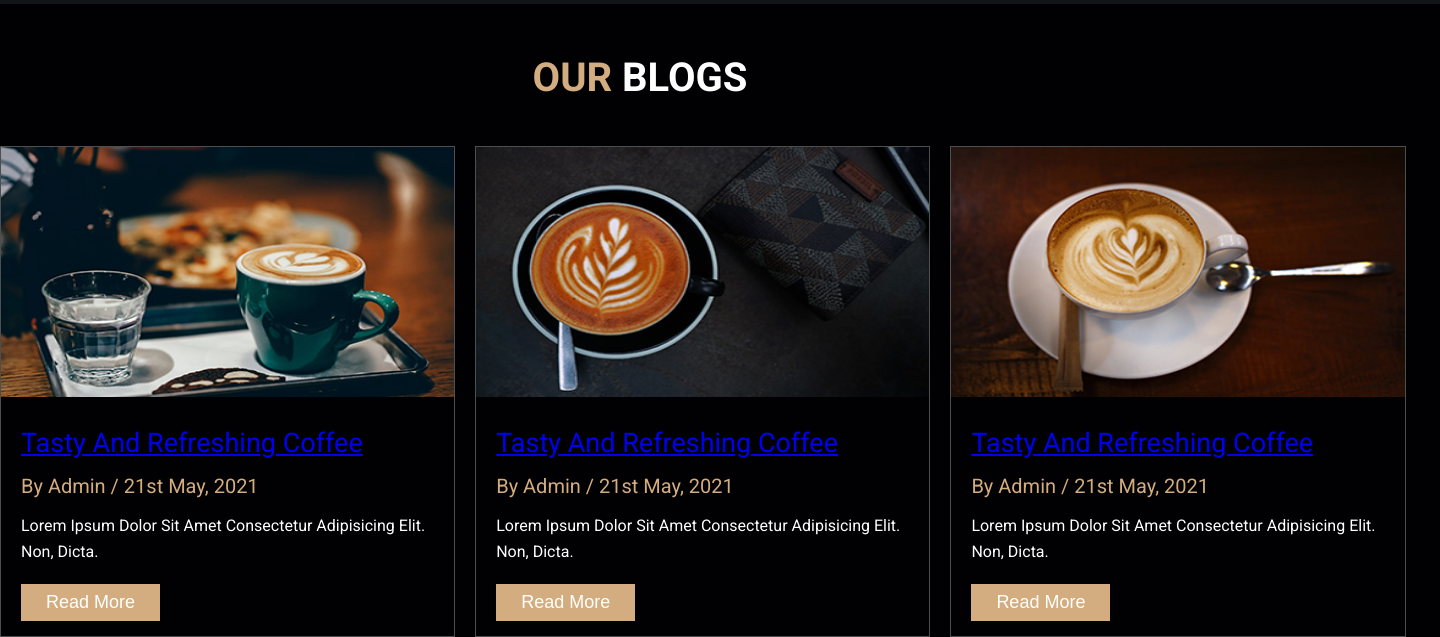
Repository: Dinhthai303/DinhThai
Page: index.html
These files come from the project's save history. The page is drawn as it stood at one moment and after the next save; the edit follows.
The browser window is 1280 px wide. The page is 1440 px wide, so the pictures cover 1440 px, including what lies to the right of the window. The pictures show the part of the page from y = 4258 to 4895 px (the page is 4895 px tall).

Above is the page before, as saved 2021-11-28 01:48:03.

After the next save:
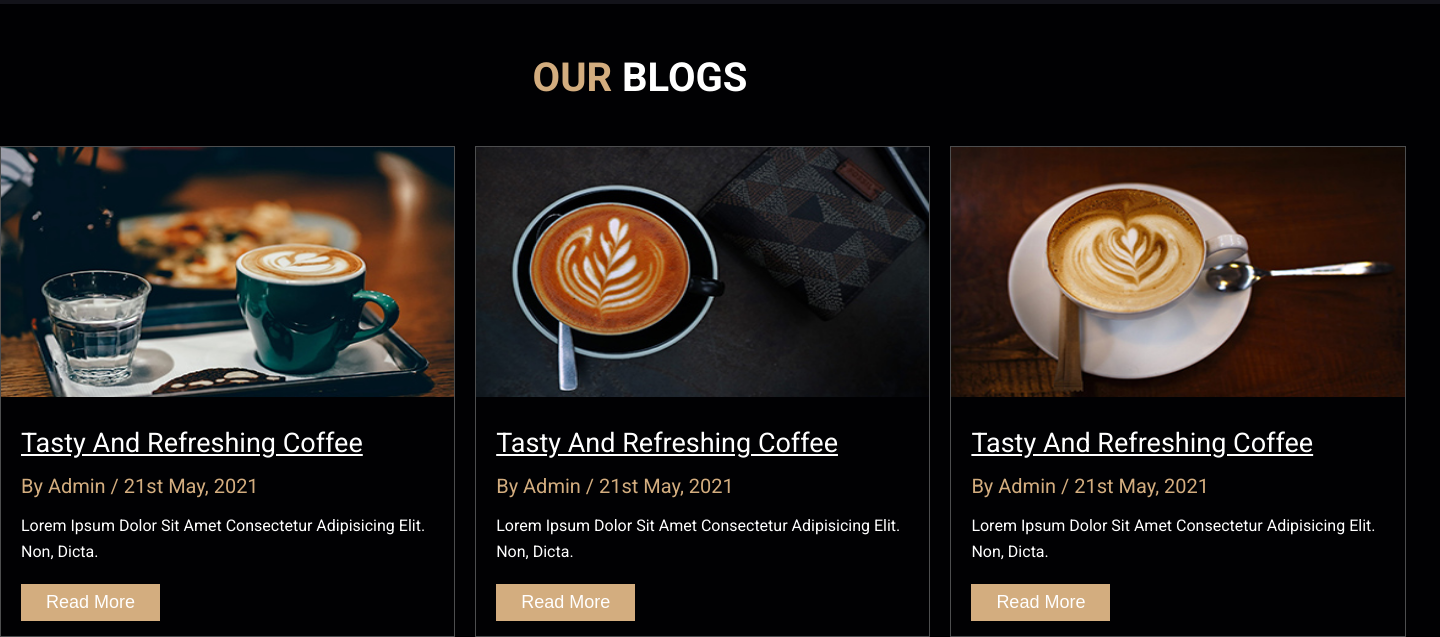
Saved 22 s later.
--- a/css/style.css
+++ b/css/style.css
@@ -312,7 +312,12 @@ body{
 .blog__title{
     font-size: 27px;
     font-weight: 400;
-}
+    color: white;
+}
+.blog__title:hover{
+    color: #D3AD7F;
+}
+
 .blog__time{
     color: #D3AD7F;
     font-size: 20px;
